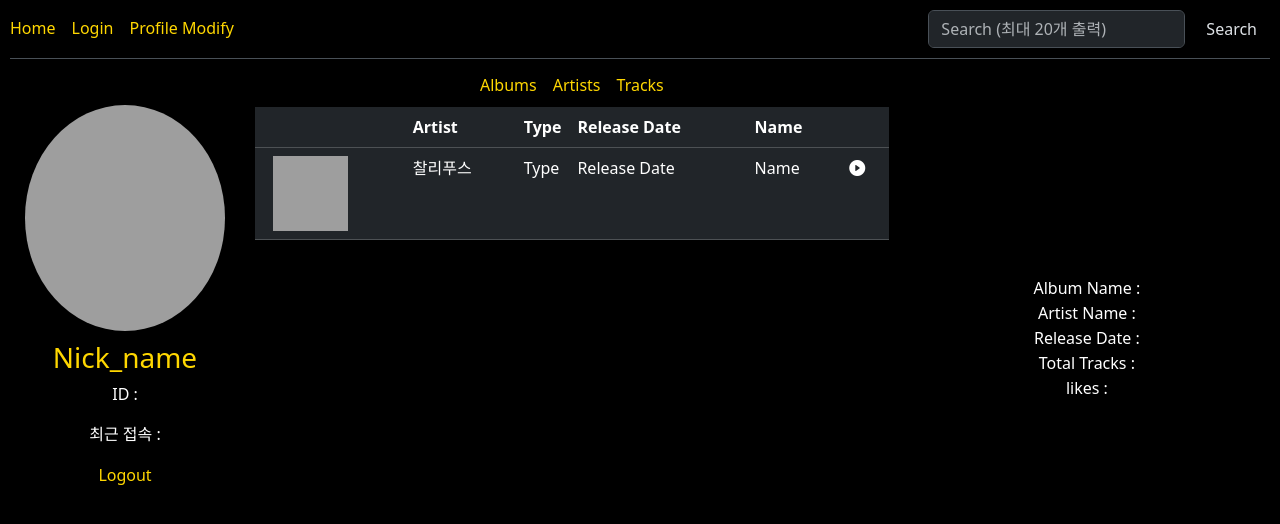
Repository: budflower44/My_Music_Life
Page: http://localhost/my_music_life/WEB-INF/views/mml/main.jsp
The author's editor kept a copy of each file at every save. The page is drawn from the files as they stood at one save, then again after the next save.
The browser window is 1280 px wide. The pictures show the whole page.
Pictures or frames that could not be fetched are drawn as grey boxes. The page is served by Tomcat 9. Nobody is signed in. The template is opened directly, without the code that normally fills it, so the values that code supplies are empty.

Above is the page before, as saved 2024-03-13 15:40:56.
Console error: SyntaxError: Unexpected token ')'

After the next save:
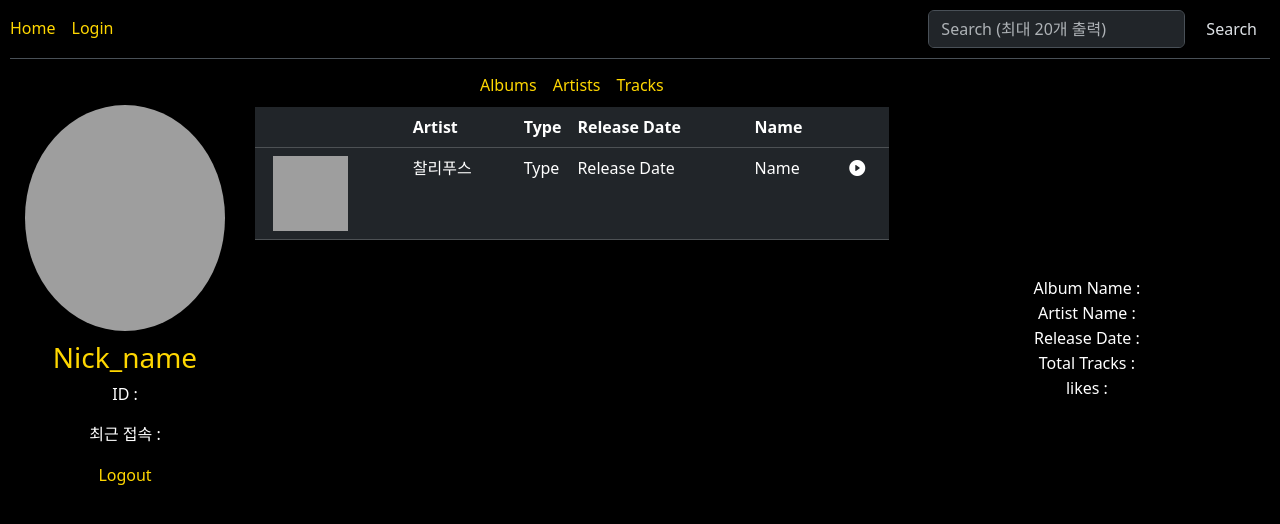
Saved 31 s later.
--- a/my_music_life/src/main/webapp/WEB-INF/views/mml/main.jsp
+++ b/my_music_life/src/main/webapp/WEB-INF/views/mml/main.jsp
@@ -265,11 +265,7 @@ a:hover {
 							<c:choose>
 							<c:when test="${auths.stream().anyMath(authVO -> authVO.auth.equals('ROLE_ADMIN')).get()}">
 							<li class="nav-item"><a class="nav-link" href="#">Member List</a></li>
-							<li class="nav-item"><a class="nav-link" href="#">Profile Modify</a></li>
 							</c:when>
-							<c:otherwise>
-							<li class="nav-item"><a class="nav-link" href="#">Profile Modify</a></li>
-							</c:otherwise>
 							</c:choose>
 						</ul>
 						<form class="d-flex" role="search">
